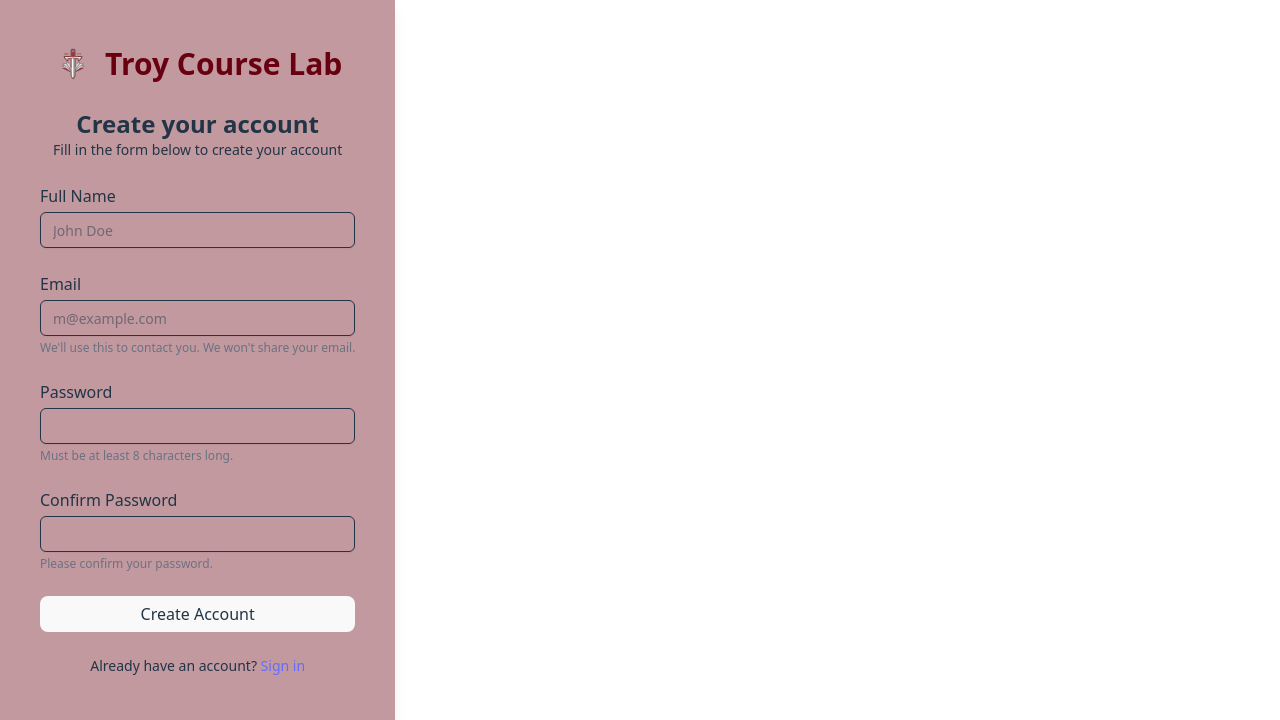
Repository: toilatrung/auth-ui-kit
Page: /register
These files come from the project's save history. The page is drawn as it stood at one moment and after the next save; the edit follows.
The browser window is 1280 px wide. The pictures show the whole page.
The project was rebuilt for these pictures with package versions that can differ from the ones it lists, and the page was loaded fresh each time. Also part of the build but not shown: vite.config.ts, src/pages/LoginPage.tsx.

Above is the page before, as saved 2025-11-01 17:32:00.

After the next save:
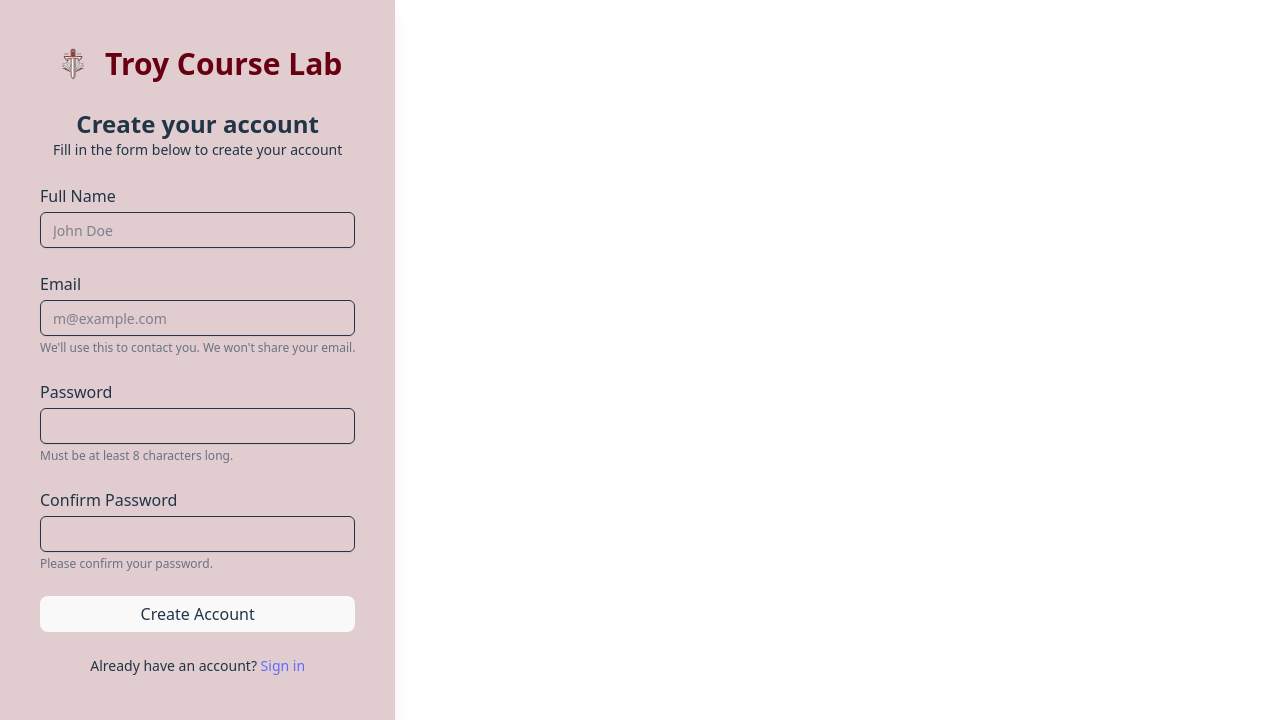
Saved 13 s later.
--- a/src/pages/RegisterPage.tsx
+++ b/src/pages/RegisterPage.tsx
@@ -4,7 +4,7 @@
   return (
     <div className="flex min-h-screen bg-[#680011]">
       {/* Phần form chiếm toàn bộ chiều cao, nằm bên phải */}
-      <div className="flex flex-col justify-center items-center w-full max-w-md ml-auto bg-white/60 backdrop-blur-sm p-10 shadow-lg">
+      <div className="flex flex-col justify-center items-center w-full max-w-md ml-auto bg-white/80 backdrop-blur-sm p-10 shadow-lg">
         {/* Logo + Title */}
         <div className="flex items-center justify-center gap-3 mb-6">
           <img
